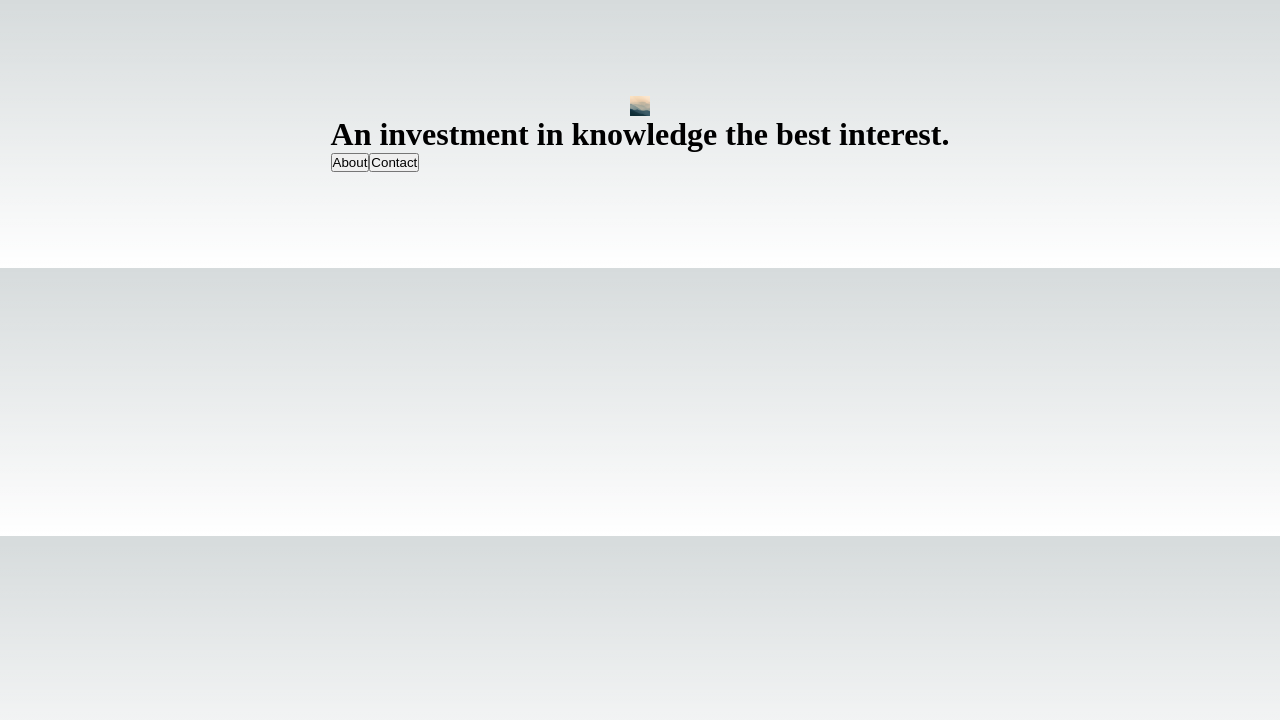
Repository: SanlyLp/assignment-1-playwright-site-a01182379
Page: /
An editor plug-in stored every save of this project. The page is shown before and after the next save, followed by the edit.
The browser window is 1280 px wide. The pictures show the whole page.
The project was rebuilt for these pictures with package versions that can differ from the ones it lists, and the page was loaded fresh each time. The framework's server and built-in components were replaced by stand-ins that run in the browser. Also part of the build but not shown: next.config.js.

Above is the page before, as saved 2023-02-05 20:07:26.

After the next save:
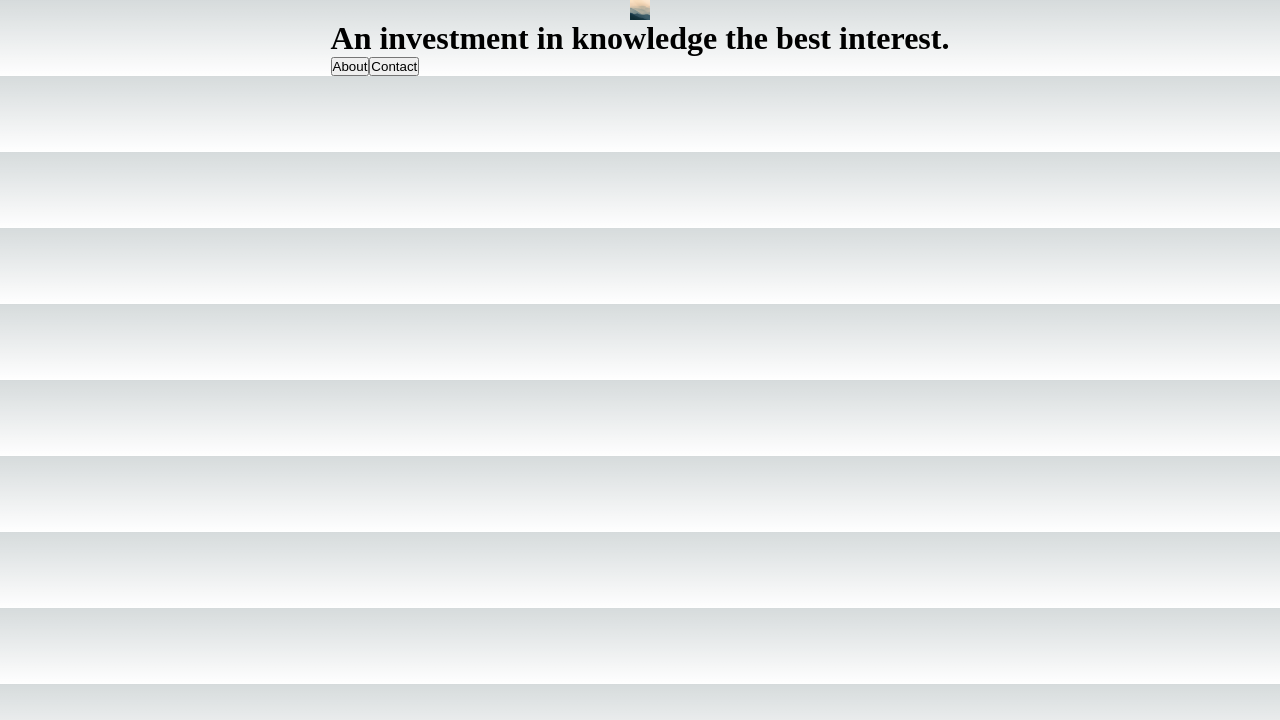
Saved 5 s later.
--- a/styles/Home.module.css
+++ b/styles/Home.module.css
@@ -3,7 +3,7 @@
   flex-direction: column;
   justify-content: space-between;
   align-items: center;
-  padding: 6rem;
+
 
 }
 .bg{
